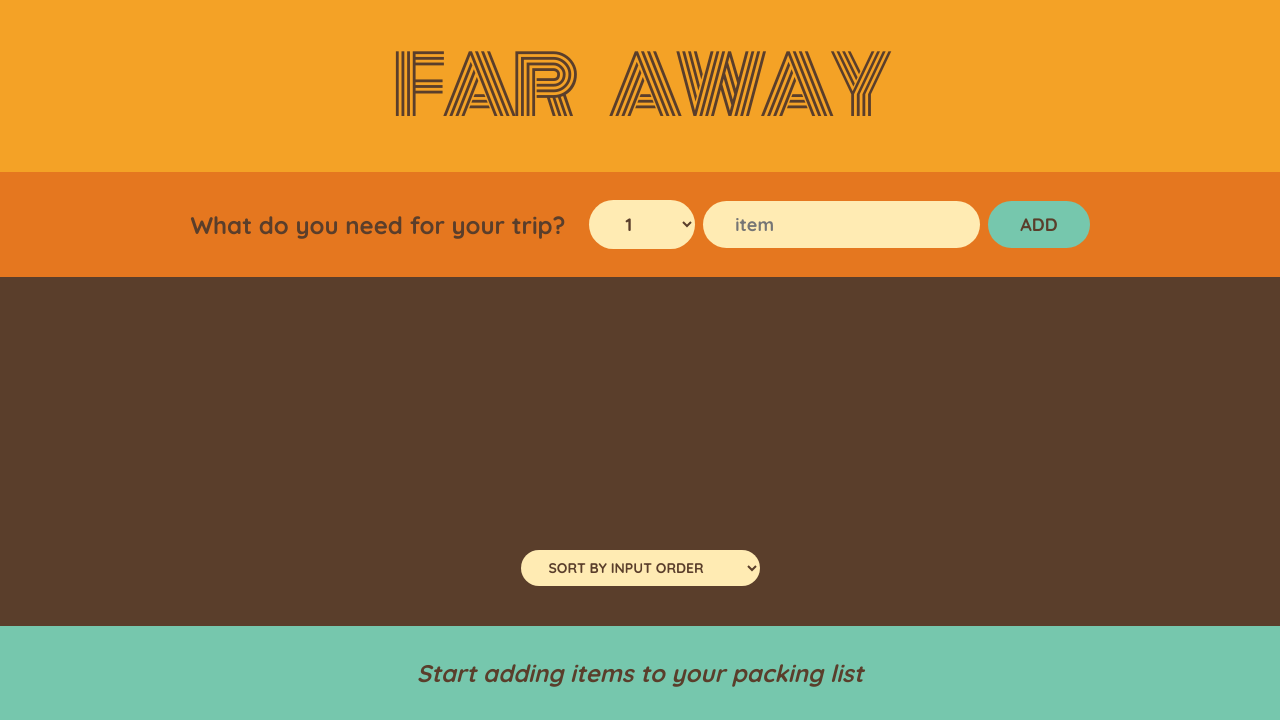
Repository: ahmedharidy/react-checklist
Page: /
An editor plug-in stored every save of this project. The page is shown before and after the next save, followed by the edit.
The browser window is 1280 px wide. The pictures show the whole page.
The project was rebuilt for these pictures with package versions that can differ from the ones it lists, and the page was loaded fresh each time.

Above is the page before, as saved 2026-10-05 07:49:07.

After the next save:
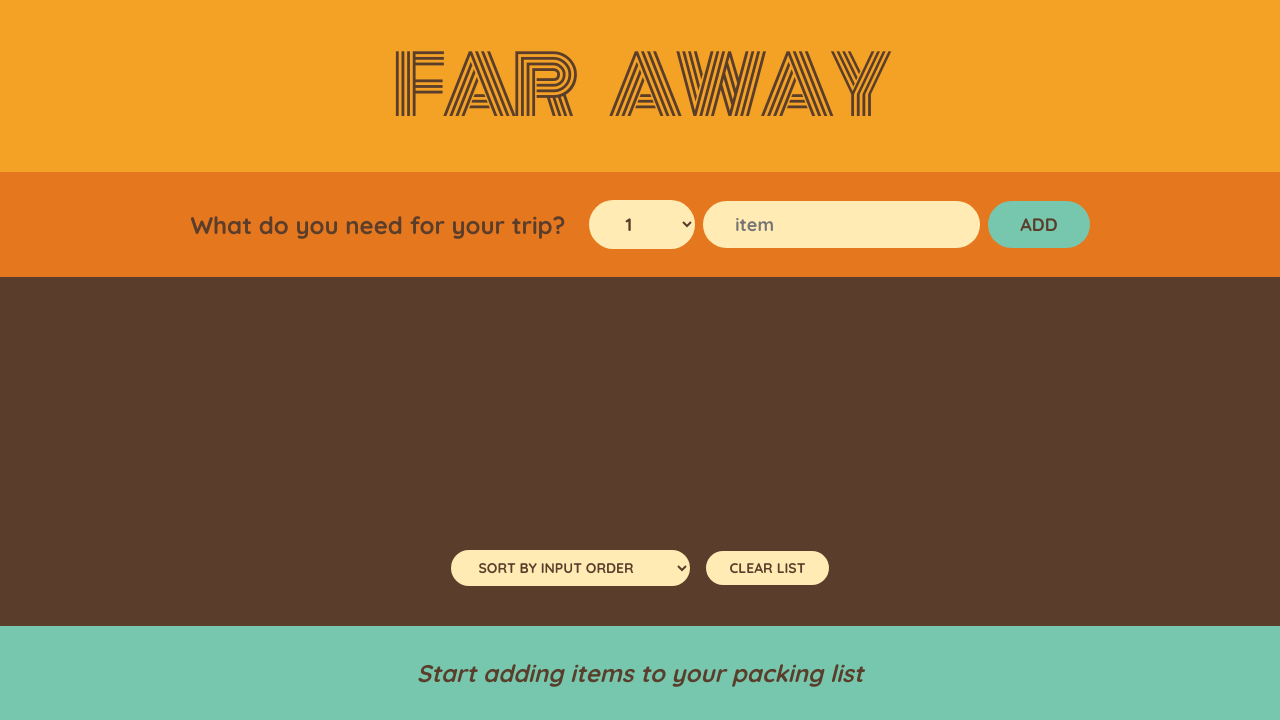
Saved 6 min 16 s later.
--- a/src/App.js
+++ b/src/App.js
@@ -109,6 +109,8 @@
           <option value="description">sort by description</option>
           <option value="packed">sort by packed status</option>
         </select>
+
+        <button onClick={() => {}}>Clear List</button>
       </div>
     </div>
   );
